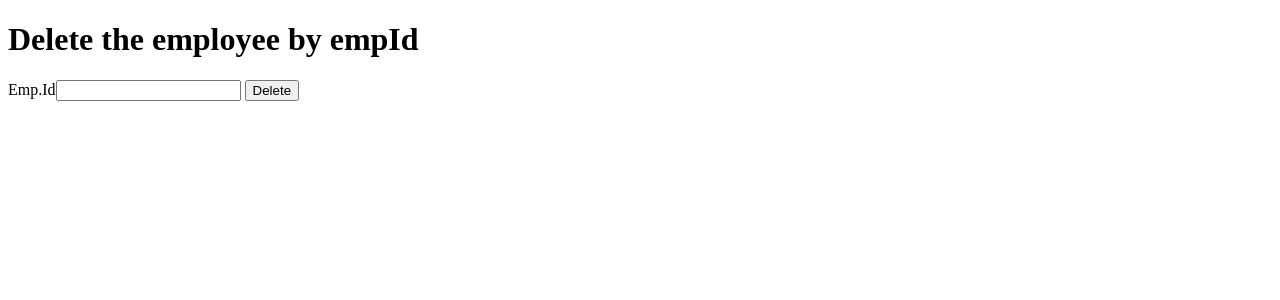
Repository: ramakrishnan1997/ram_javatraining
Page: crudemployeetest/CrudOperationEmp/src/main/webapp/delete.html
These files come from the project's save history. The page is drawn as it stood at one moment and after the next save; the edit follows.
The browser window is 1280 px wide. The pictures show the whole page.

Above is the page before, as saved 2022-06-13 09:17:11.

### crudemployeetest/CrudOperationEmp/src/main/webapp/delete.html
<!DOCTYPE html>
<html>
<head>
<meta charset="UTF-8">
<title>Insert title here</title>
</head>
<body>
<h1>Delete the employee by empId</h1>
<form action ="DeleteServlet">
Emp.Id<input type="text" name="empId">
<input type="submit" value="Delete" >
</form>
</body>
</html>

After the next save:
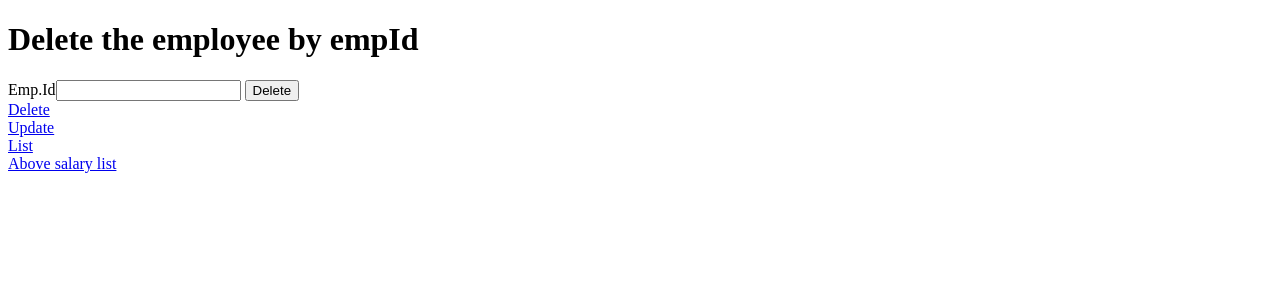
Saved 2 s later.
--- a/crudemployeetest/CrudOperationEmp/src/main/webapp/delete.html
+++ b/crudemployeetest/CrudOperationEmp/src/main/webapp/delete.html
@@ -10,5 +10,9 @@
 Emp.Id<input type="text" name="empId">
 <input type="submit" value="Delete" >
 </form>
+<a href="http://localhost:8080/CrudOperationEmp/delete.html">Delete</a></br>
+<a href="http://localhost:8080/CrudOperationEmp/updatehtml.html">Update</a></br>
+<a href="ListSservlet">List</a></br>
+<a href="http://localhost:8080/CrudOperationEmp/salarylist.html">Above salary list</a></br>
 </body>
 </html>
